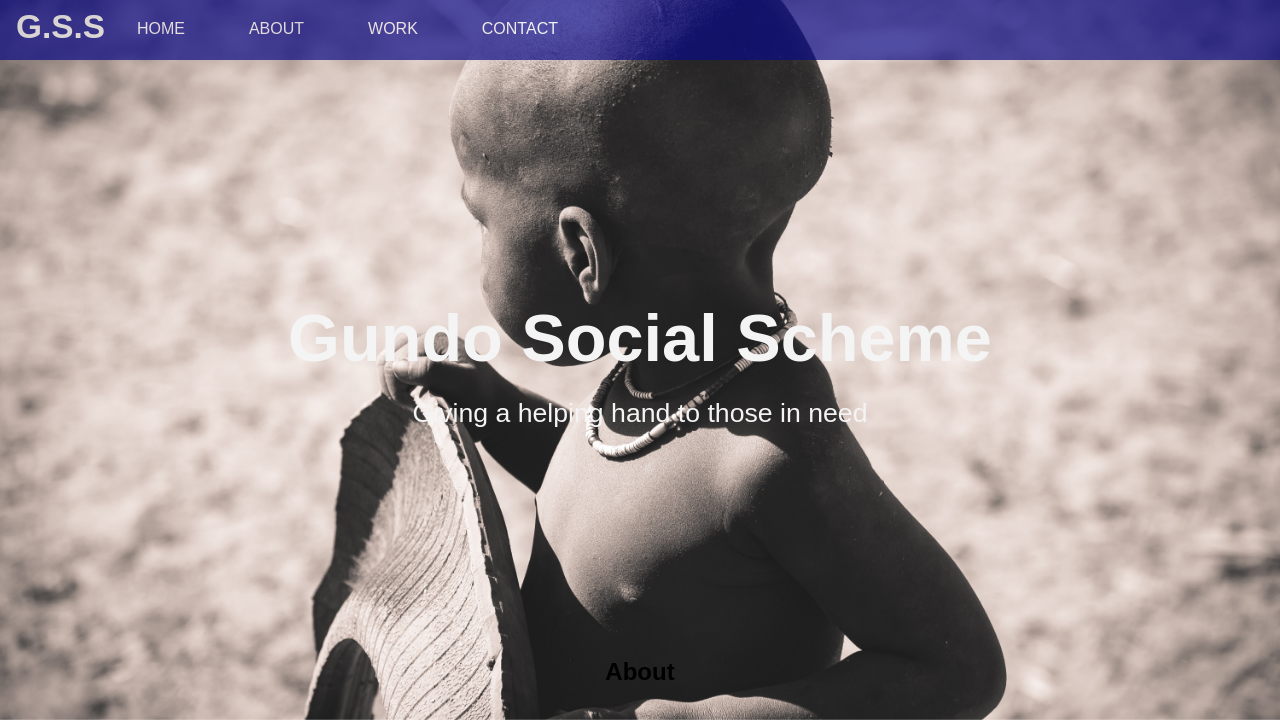
Repository: blessingNtoko/gss-basic_website
Page: index.html
These files come from the project's save history. The page is drawn as it stood at one moment and after the next save; the edit follows.
The browser window is 1280 px wide. The pictures show the whole page.
An inner scrolling area shows only its first screen.

Above is the page before, as saved 2020-05-13 18:09:32.

After the next save:
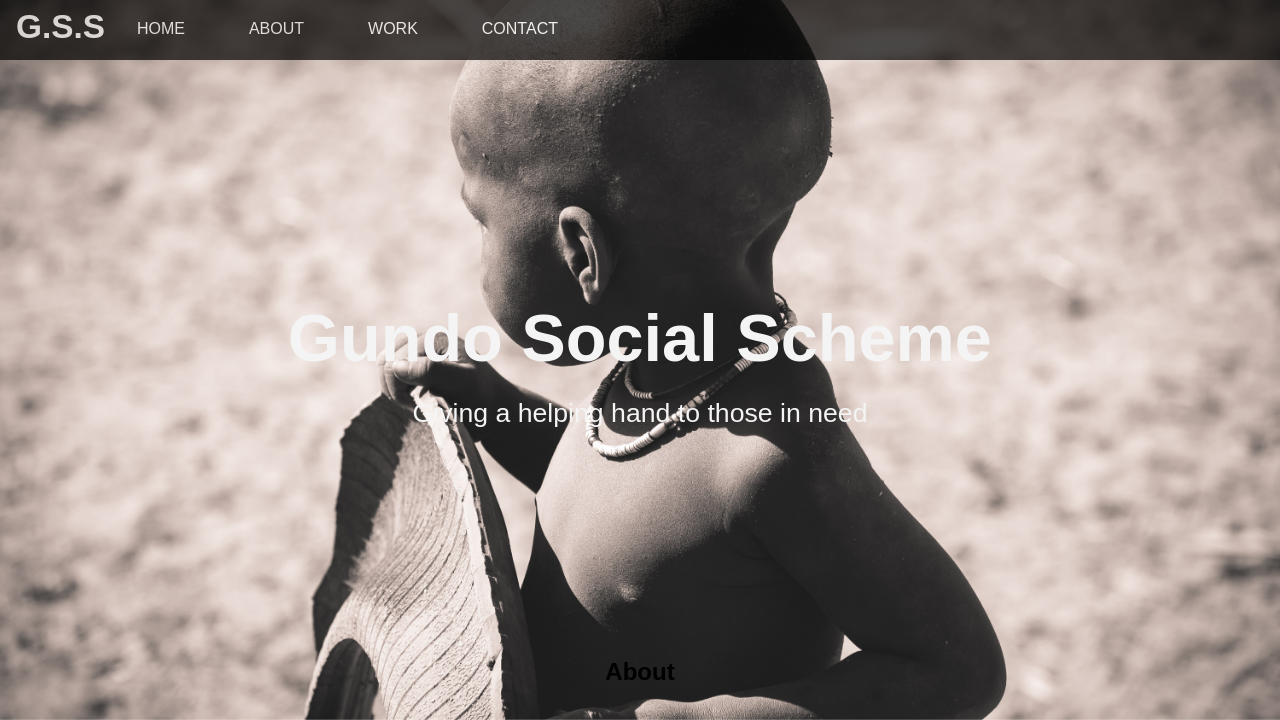
Saved 20 s later.
--- a/style.css
+++ b/style.css
@@ -27,7 +27,7 @@ body {
     justify-content: space-between;
     width: 100%;
     height: 60px;
-    background: rgb(10, 10, 134);
+    background: black;
     opacity: .7;
 }
 
